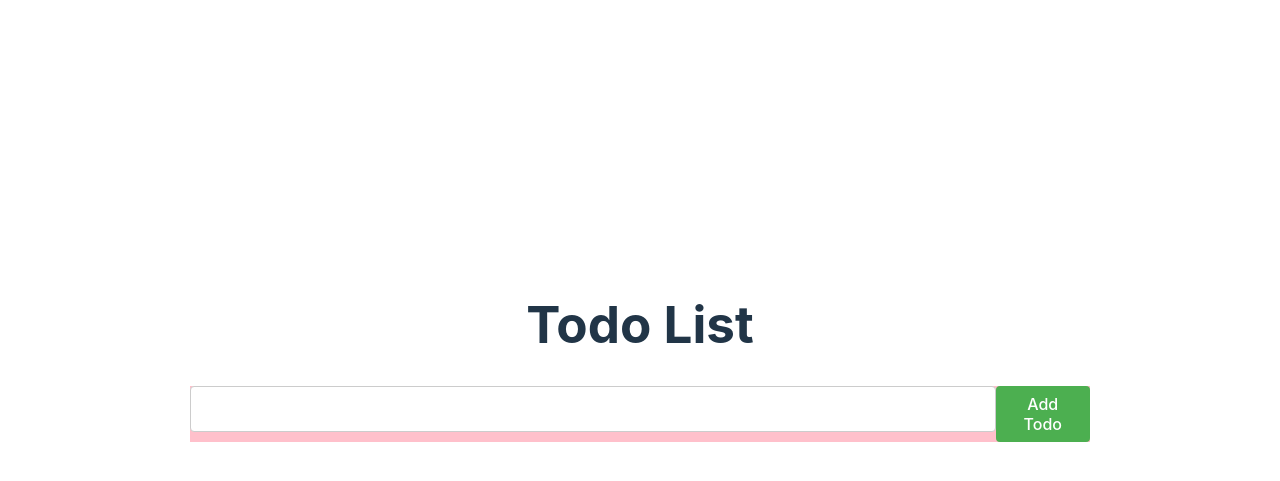
Repository: sinchana-p-iVoyant/mobx-todo
Page: /
An editor plug-in stored every save of this project. The page is shown before and after the next save, followed by the edit.
The browser window is 1280 px wide. The pictures show the whole page.
The project was rebuilt for these pictures with package versions that can differ from the ones it lists, and the page was loaded fresh each time. Also part of the build but not shown: vite.config.js.

Above is the page before, as saved 2024-03-07 02:21:27.

After the next save:
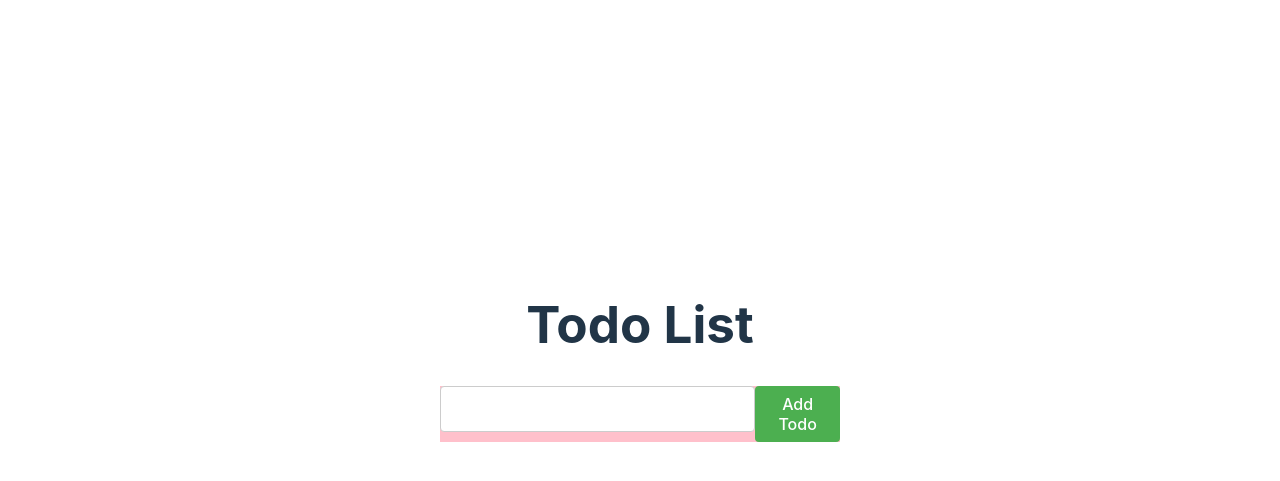
Saved 13 s later.
--- a/src/TodoList.css
+++ b/src/TodoList.css
@@ -1,7 +1,7 @@
 /* TodoList.css */
 
 .todo-list-container {
-    width: 900px;
+    width: 400px;
     margin: 0 auto;
     background-color: pink;
   }
